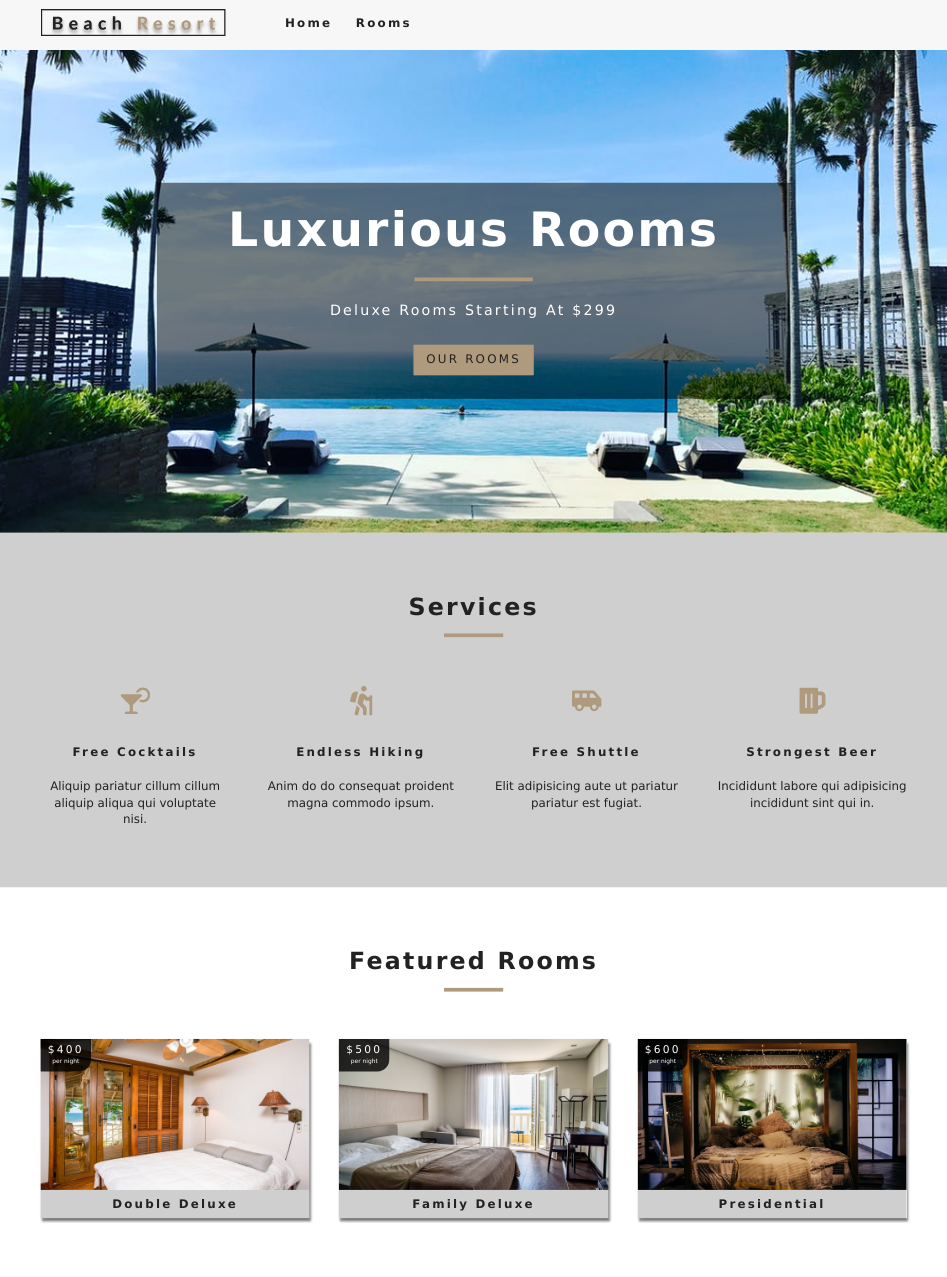
Repository: thanhn379/react-beach-resort
Page: /
The author's editor kept a copy of each file at every save. The page is drawn from the files as they stood at one save, then again after the next save.
The browser window is 1280 px wide. The pictures show the whole page, at 74% of full size.
The project was rebuilt for these pictures with package versions that can differ from the ones it lists, and the page was loaded fresh each time. Also part of the build but not shown: src/pages/Rooms.js, src/pages/SingleRoom.js, src/pages/Error.js.

Above is the page before, as saved 2019-11-15 04:16:48.

### public/index.html
<!DOCTYPE html>
<html lang="en">
  <head>
    <meta charset="utf-8" />
    <link rel="icon" href="%PUBLIC_URL%/favicon.ico" />
    <meta name="viewport" content="width=device-width, initial-scale=1" />
    <meta name="theme-color" content="#000000" />
    <meta
      name="description"
      content="Web site created using create-react-app"
    />
    <link rel="apple-touch-icon" href="logo192.png" />
    <!--
      manifest.json provides metadata used when your web app is installed on a
      user's mobile device or desktop. See https://developers.google.com/web/fundamentals/web-app-manifest/
    -->
    <link rel="manifest" href="%PUBLIC_URL%/manifest.json" />
    <!--
      Notice the use of %PUBLIC_URL% in the tags above.
      It will be replaced with the URL of the `public` folder during the build.
      Only files inside the `public` folder can be referenced from the HTML.

      Unlike "/favicon.ico" or "favicon.ico", "%PUBLIC_URL%/favicon.ico" will
      work correctly both with client-side routing and a non-root public URL.
      Learn how to configure a non-root public URL by running `npm run build`.
    -->
    <title>Resort recording</title>
  </head>
  <body>
    <noscript>You need to enable JavaScript to run this app.</noscript>
    <div id="root"></div>
    <!--
      This HTML file is a template.
      If you open it directly in the browser, you will see an empty page.

      You can add webfonts, meta tags, or analytics to this file.
      The build step will place the bundled scripts into the <body> tag.

      To begin the development, run `npm start` or `yarn start`.
      To create a production bundle, use `npm run build` or `yarn build`.
    -->
  </body>
</html>

### src/index.js
import React from "react";
import ReactDOM from "react-dom";
import { BrowserRouter as Router } from "react-router-dom";
// import './index.css';
import App from "./App";
import * as serviceWorker from "./serviceWorker";
import { RoomProvider } from "./context";

ReactDOM.render(
  <RoomProvider>
    <Router>
      <App />
    </Router>
  </RoomProvider>,
  document.getElementById("root")
);

// If you want your app to work offline and load faster, you can change
// unregister() to register() below. Note this comes with some pitfalls.
// Learn more about service workers: https://bit.ly/CRA-PWA
serviceWorker.unregister();

### src/App.js
import React from "react";
import "./App.css";

import NavBar from "./components/NavBar";

import Home from "./pages/Home";
import Rooms from "./pages/Rooms";
import SingleRoom from "./pages/SingleRoom";
import Error from "./pages/Error";

import { Route, Switch } from "react-router-dom";

function App() {
  return (
    <>
      <NavBar />
      <Switch>
        <Route exact path="/" component={Home} />
        <Route exact path="/rooms/" component={Rooms} />
        <Route exact path="/rooms/:slug/" component={SingleRoom} />
        <Route component={Error} />
      </Switch>
    </>
  );
}

export default App;

### src/context.js
import React, { Component } from "react";
import items from "./data";

const RoomContext = React.createContext();

class RoomProvider extends Component {
  state = { rooms: [], sortedRooms: [], featuredRooms: [], loading: true };

  //getData

  componentDidMount() {
    // this.getData
    let rooms = this.formatData(items);
    let featuredRooms = rooms.filter(room => room.featured === true);

    this.setState({ rooms, featuredRooms, sortedRooms: rooms, loading: false });
  }

  formatData(items) {
    let tempItems = items.map(item => {
      let id = item.sys.id;
      let images = item.fields.images.map(image => image.fields.file.url);

      let room = { ...item.fields, images, id };

      return room;
    });

    return tempItems;
  }

  render() {
    return (
      <RoomContext.Provider value={{ ...this.state }}>
        {this.props.children}
      </RoomContext.Provider>
    );
  }
}

const RoomConsumer = RoomContext.Consumer;

export { RoomProvider, RoomConsumer, RoomContext };

### src/components/NavBar.js
import React, { Component } from "react";
import Logo from "../images/logo.svg";
import { FaAlignRight } from "react-icons/fa";
import { Link } from "react-router-dom";

export default class NavBar extends Component {
  state = {
    isOpen: false
  };
  handleToggle = () => {
    this.setState({ isOpen: !this.state.isOpen });
  };
  render() {
    return (
      <nav className="navbar">
        <div className="nav-center">
          <div className="nav-header">
            <Link to="/">
              <img src={Logo} alt="Beach Resort" />
            </Link>
            <button
              type="button"
              className="nav-btn"
              onClick={this.handleToggle}
            >
              <FaAlignRight className="nav-icon" />
            </button>
          </div>
          <ul
            className={this.state.isOpen ? "nav-links show-nav" : "nav-links"}
          >
            <li>
              <Link to="/">Home</Link>
            </li>
            <li>
              <Link to="/rooms">Rooms</Link>
            </li>
          </ul>
        </div>
      </nav>
    );
  }
}

### src/pages/Home.js
import React from "react";
import Hero from "../components/Hero";
import Banner from "../components/Banner";
import { Link } from "react-router-dom";
import Services from "../components/Services";
import FeaturedRooms from "../components/FeaturedRooms";

export default function Home() {
  return (
    <>
      <Hero>
        <Banner
          title="luxurious rooms"
          subtitle="deluxe rooms starting at $299"
        >
          <Link to="/rooms" className="btn-primary">
            our rooms
          </Link>
        </Banner>
      </Hero>
      <Services />
      <FeaturedRooms />
    </>
  );
}

### src/components/Services.js
import React, { Component } from "react";
import { FaCocktail, FaHiking, FaShuttleVan, FaBeer } from "react-icons/fa";
import Title from "./Title";

export default class Services extends Component {
  state = {
    services: [
      {
        icon: <FaCocktail />,
        title: "free cocktails",
        info:
          "Aliquip pariatur cillum cillum aliquip aliqua qui voluptate nisi."
      },
      {
        icon: <FaHiking />,
        title: "Endless Hiking",
        info: "Anim do do consequat proident magna commodo ipsum."
      },
      {
        icon: <FaShuttleVan />,
        title: "Free Shuttle",
        info: "Elit adipisicing aute ut pariatur pariatur est fugiat."
      },
      {
        icon: <FaBeer />,
        title: "Strongest Beer",
        info: "Incididunt labore qui adipisicing incididunt sint qui in."
      }
    ]
  };

  render() {
    return (
      <section className="services">
        <Title title="services" />

        <div className="services-center">
          {this.state.services.map((item, index) => {
            return (
              <article key={index} className="service">
                <span>{item.icon}</span>
                <h6>{item.title}</h6>
                <p>{item.info}</p>
              </article>
            );
          })}
        </div>
      </section>
    );
  }
}

### src/components/FeaturedRooms.js
import React, { Component } from "react";
import { RoomContext } from "../context";
import Loading from "./Loading";
import Room from "./Room";
import Title from "./Title";

export default class FeaturedRooms extends Component {
  static contextType = RoomContext;

  render() {
    let { loading, featuredRooms: rooms } = this.context;
    rooms = rooms.map(room => {
      return <Room key={room.id} room={room} />;
    });
    return (
      <section className="featured-rooms">
        <Title title="featured rooms" />
        <div className="featured-rooms-center">
          {loading ? <Loading /> : rooms}
        </div>
      </section>
    );
  }
}

### src/components/Loading.js
import React from "react";
import loadingGif from "../images/gif/loading-arrow.gif";

export default function Loading() {
  return (
    <div className="loading">
      <h4>rooms data loading ...</h4>
      <img src={loadingGif} alt="" />
    </div>
  );
}

### src/components/Room.js
import React from "react";
import { Link } from "react-router-dom";
import defaultImg from "../images/room-1.jpeg";
import PropTypes from "prop-types";

export default function Room({ room }) {
  let { name, slug, images, price } = room;

  return (
    <article className="room">
      <div className="img-container">
        <img src={images[0] || defaultImg} alt="single room" />
        <div className="price-top">
          <h6>${price}</h6>
          <p>per night</p>
        </div>
        <Link to={`/rooms/${slug}`} className="btn-primary room-link">
          Features
        </Link>
      </div>
      <p className="room-info">{name}</p>
    </article>
  );
}

Room.propTypes = {
  room: PropTypes.shape({
    name: PropTypes.string.isRequired,
    slug: PropTypes.string.isRequired,
    images: PropTypes.arrayOf(PropTypes.string).isRequired,
    price: PropTypes.number.isRequired
  })
};

Loaded but not shown: src/serviceWorker.js (common file); src/App.css (common file); src/components/Hero.js (common file); src/components/Banner.js (common file); src/components/Title.js (common file); src/data.js (760 lines, source omitted)

After the next save:
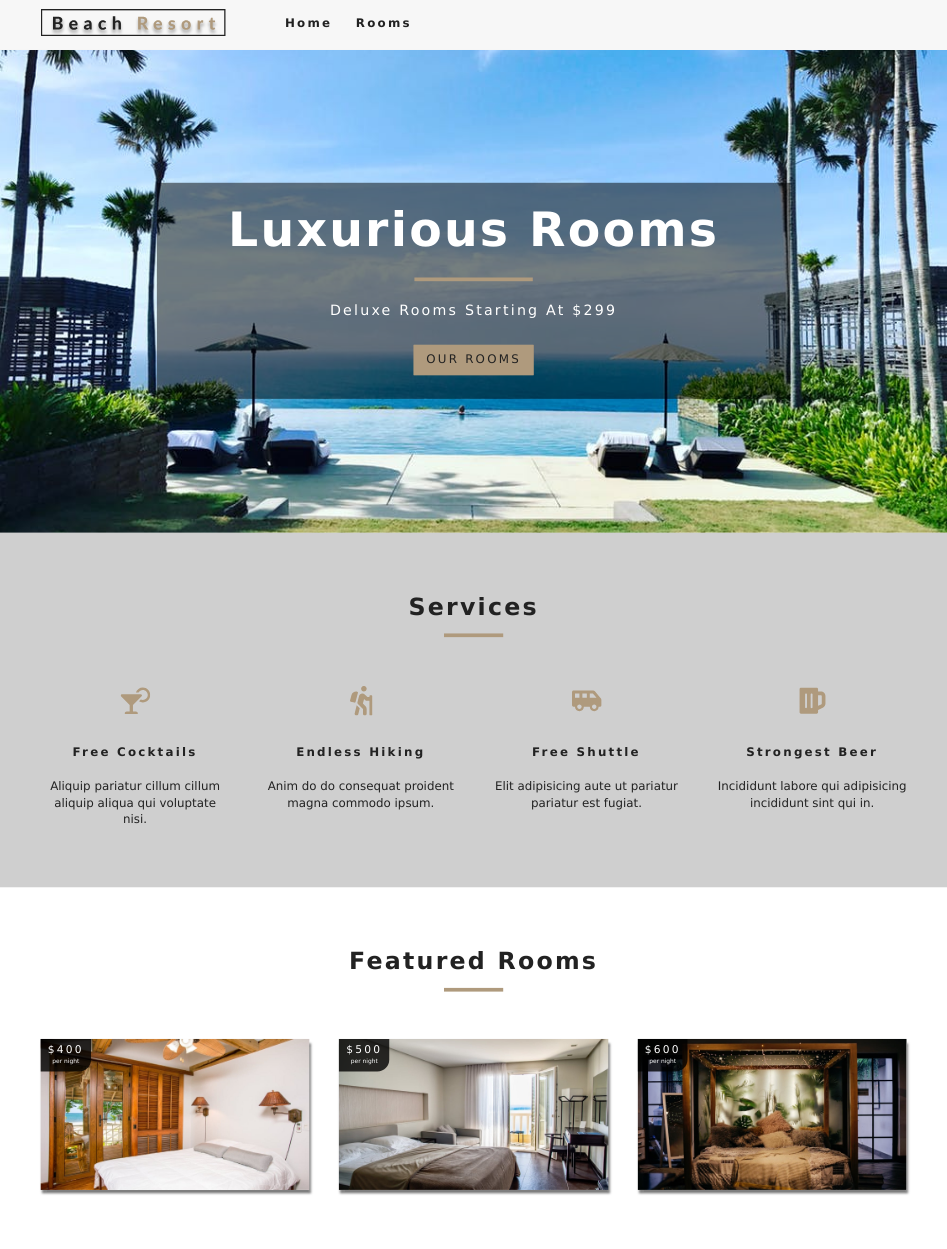
Saved 20 s later.
--- a/src/components/Room.js
+++ b/src/components/Room.js
@@ -18,7 +18,6 @@
           Features
         </Link>
       </div>
-      <p className="room-info">{name}</p>
     </article>
   );
 }

After the save that followed:
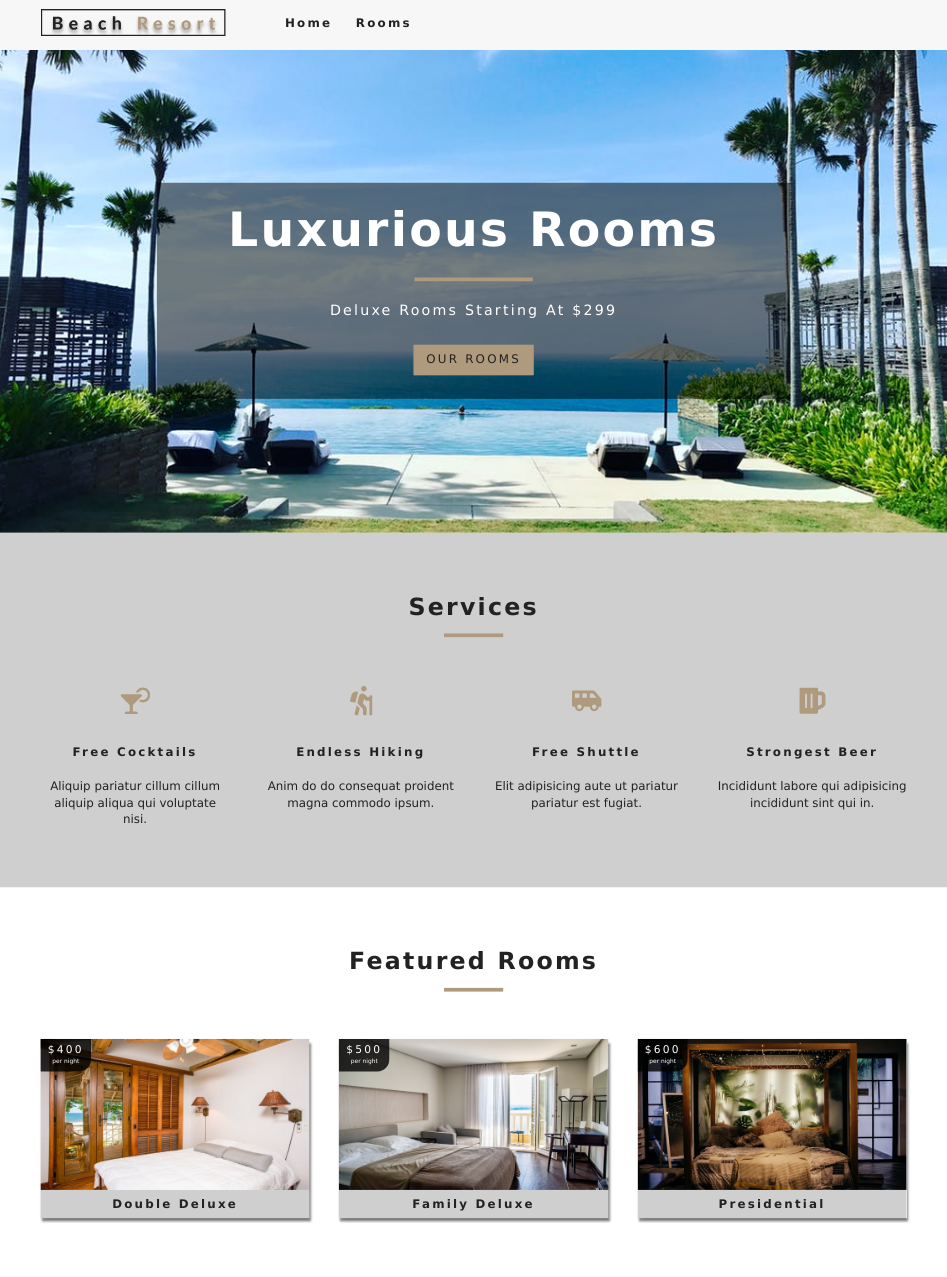
Saved 36 s later.
--- a/src/components/Room.js
+++ b/src/components/Room.js
@@ -18,6 +18,7 @@
           Features
         </Link>
       </div>
+      <p className="room-info">{name}</p>
     </article>
   );
 }
